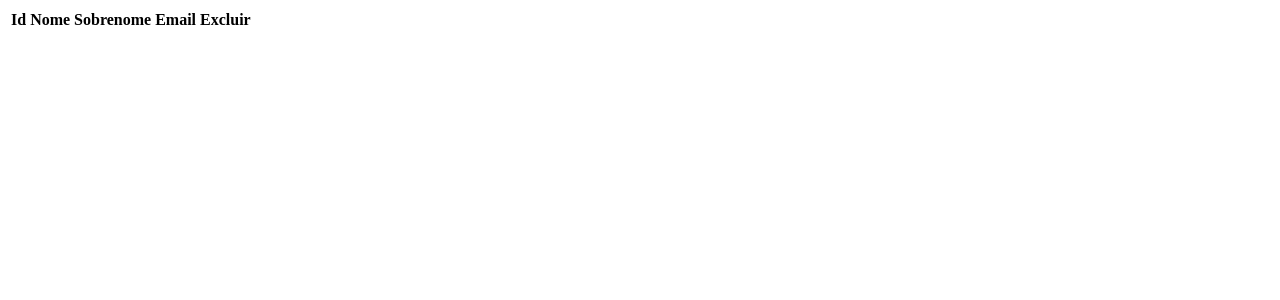
Repository: diegoeiti/Logica-Programacao
Page: Modulo 3 - PHP/Aula 20 CRUDalunos/table.html
An editor plug-in stored every save of this project. The page is shown before and after the next save, followed by the edit.
The browser window is 1280 px wide. The pictures show the whole page.

Above is the page before, as saved 2025-10-31 10:22:19.

### Modulo 3 - PHP/Aula 20 CRUDalunos/table.html
<table>
    <thead>
        <th>Id</th>
        <th>Nome</th>
        <th>Sobrenome</th>
        <th>Email</th>
        <th>Excluir</th>
    </thead>
</table>

After the next save:
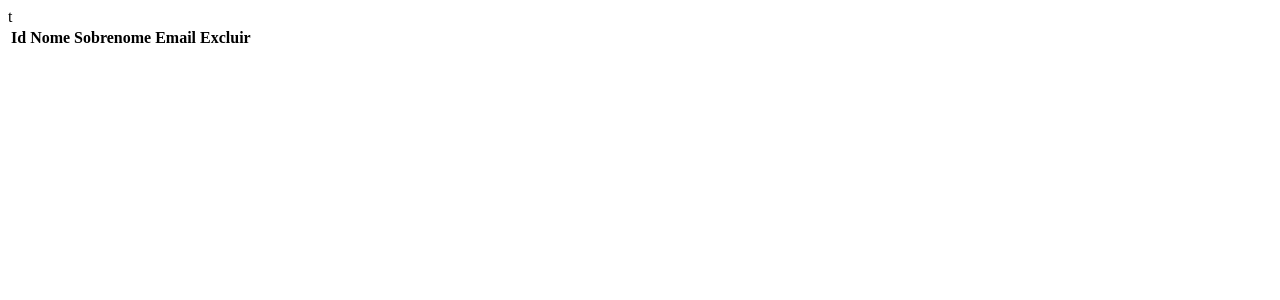
Saved 25 s later.
--- a/Modulo 3 - PHP/Aula 20 CRUDalunos/table.html
+++ b/Modulo 3 - PHP/Aula 20 CRUDalunos/table.html
@@ -6,4 +6,6 @@
         <th>Email</th>
         <th>Excluir</th>
     </thead>
+
+    t
 </table>
